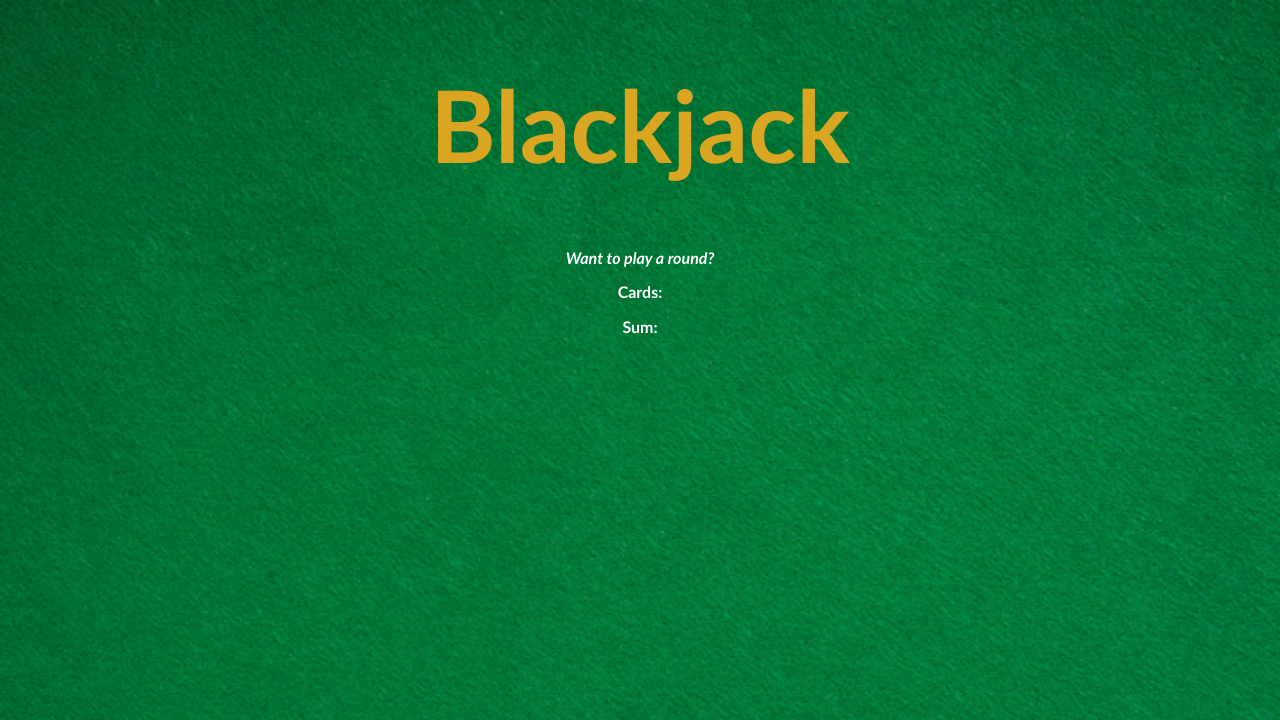
Repository: jt010051/JavaScriptBlackJack
Page: index.html
An editor plug-in stored every save of this project. The page is shown before and after the next save, followed by the edit.
The browser window is 1280 px wide. The pictures show the whole page.

Above is the page before, as saved 2022-02-26 17:51:36.

### index.css
/* Complete the CSS styling according to the provided design */

body {
  font-family: 'Trebuchet MS', 'Lucida Sans Unicode', 'Lucida Grande', 'Lucida Sans', Arial, sans-serif;
  background-image: url("images/table.png");
  background-size: cover;
  text-align: center;
  color: white;

  font-weight: bold;

}

h1 {
    color: goldenrod;
    font-size: 100px;
}

#message-el {
    font-style: italic;
}

### index.js
let firstCard = 10;

let secondCard = 2;

let sum = firstCard+secondCard+3;

let hasBlackJack =false;
let isAlive = true;
let message =""
if(sum <= 20){

message = "Do you want to draw a new Card? 🙂";
}
else if (sum === 21){
    message ="Wohoo! You've got Blackjack! 🥳";
hasBlackJack = true
}
else{
    message ="Youre out of the game! 😢";
    isAlive =false;
}
console.log(message);

Loaded but not shown: index.html (common file)

After the next save:
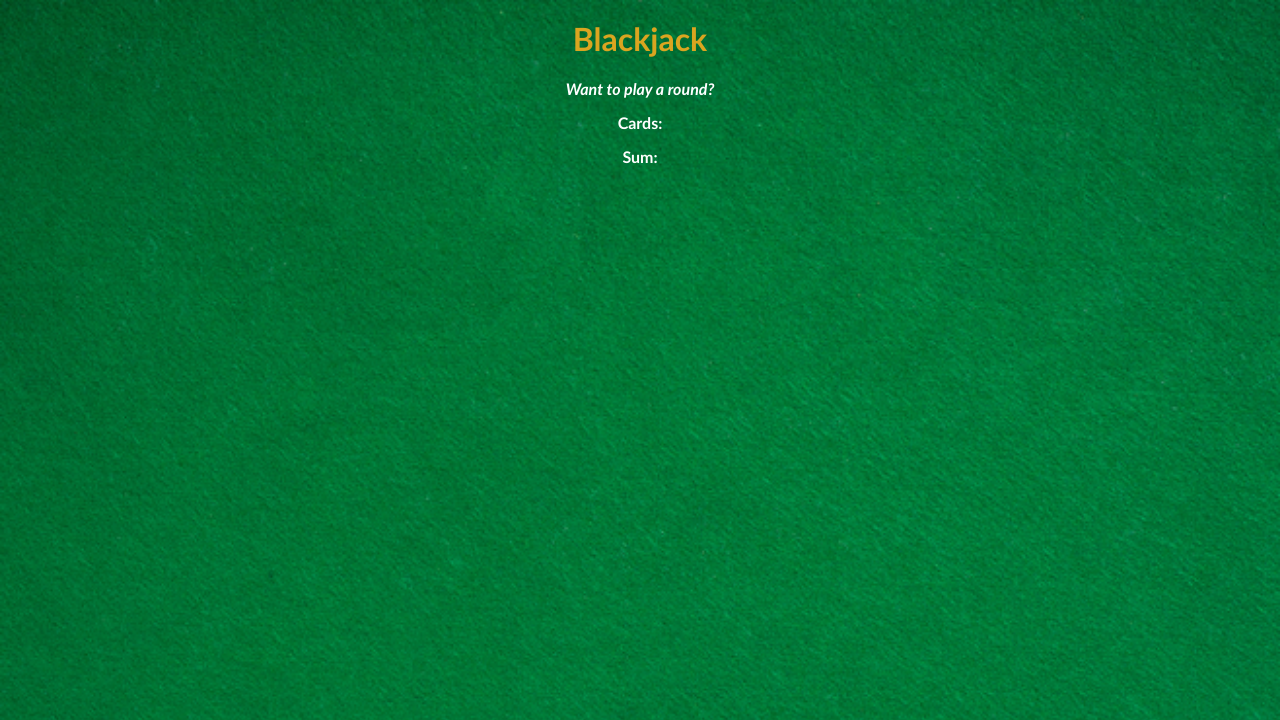
Saved 14 s later.
--- a/index.css
+++ b/index.css
@@ -13,7 +13,6 @@ body {
 
 h1 {
     color: goldenrod;
-    font-size: 100px;
 }
 
 #message-el {
